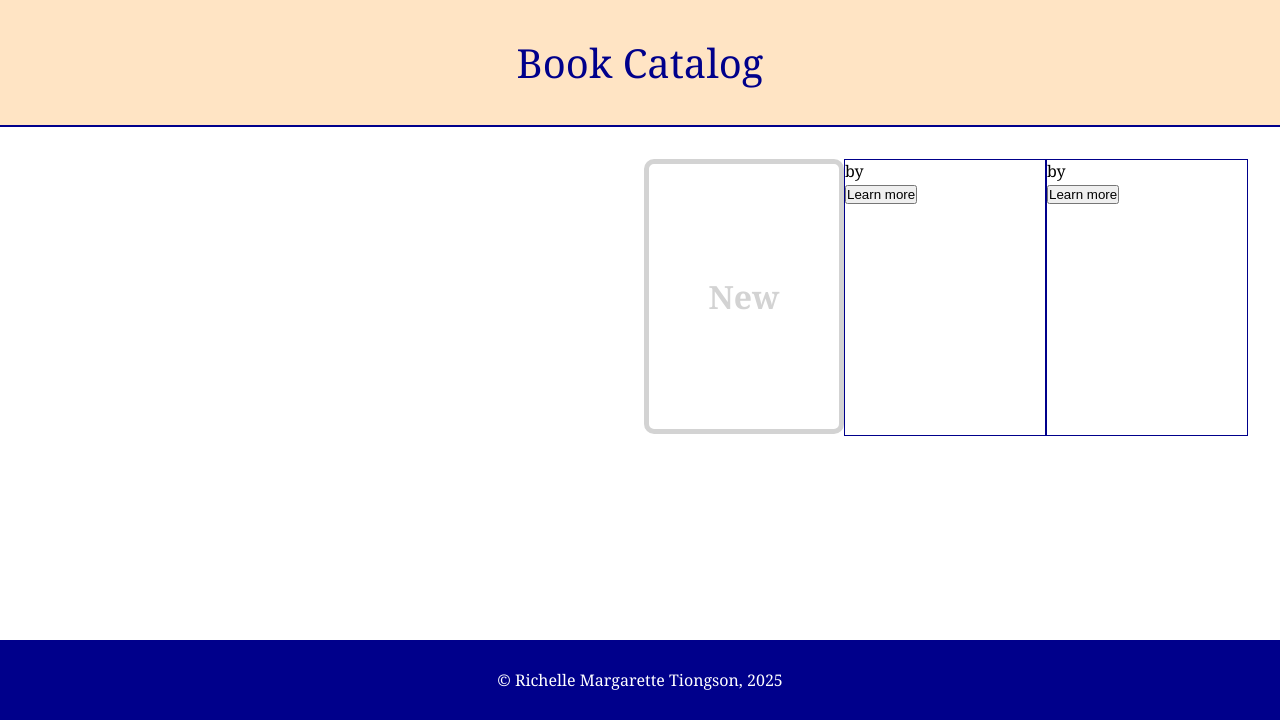
Repository: richelletiongson/comp3170_lab01
Page: /
The author's editor kept a copy of each file at every save. The page is drawn from the files as they stood at one save, then again after the next save.
The browser window is 1280 px wide. The pictures show the whole page.
The project was rebuilt for these pictures with package versions that can differ from the ones it lists, and the page was loaded fresh each time. Also part of the build but not shown: vite.config.js.

Above is the page before, as saved 2025-09-14 00:16:57.

After the next save:
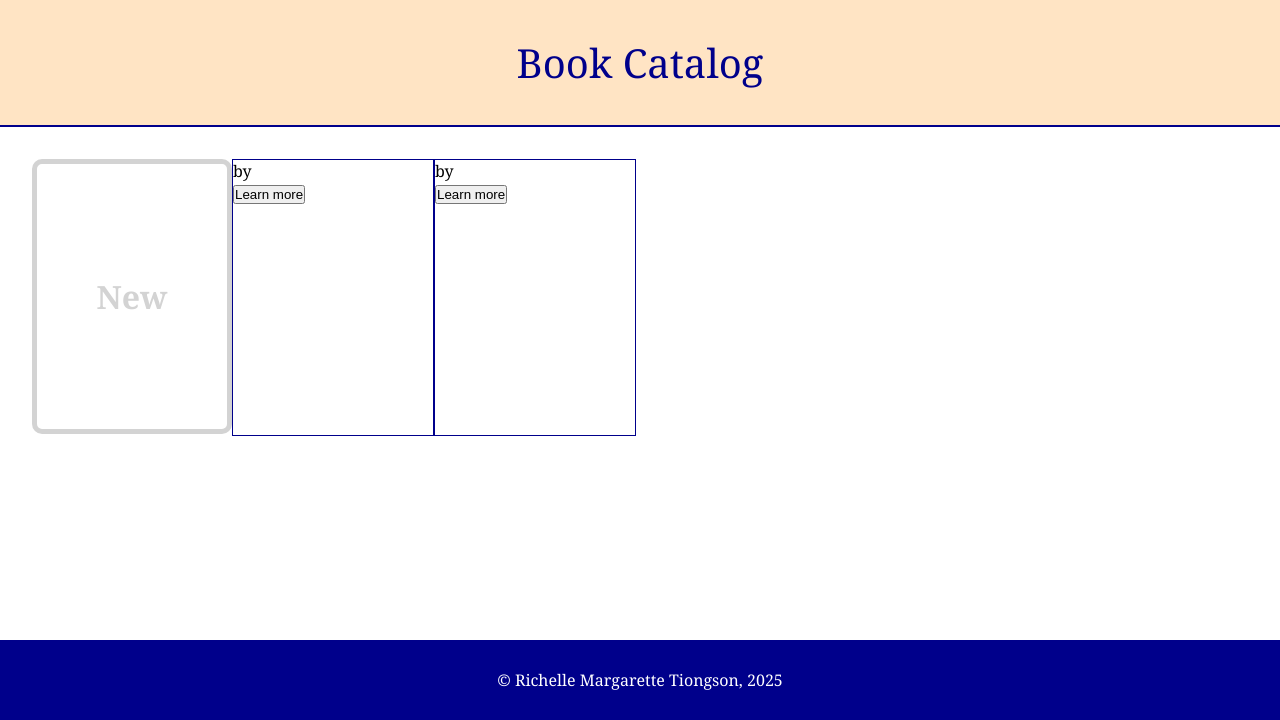
Saved 26 s later.
--- a/src/index.css
+++ b/src/index.css
@@ -60,7 +60,7 @@ body {
 .content {
   display: flex;
   flex-direction: row;
-  justify-content: right;
+  justify-content:flex-start;
 }
 
 .footer {
